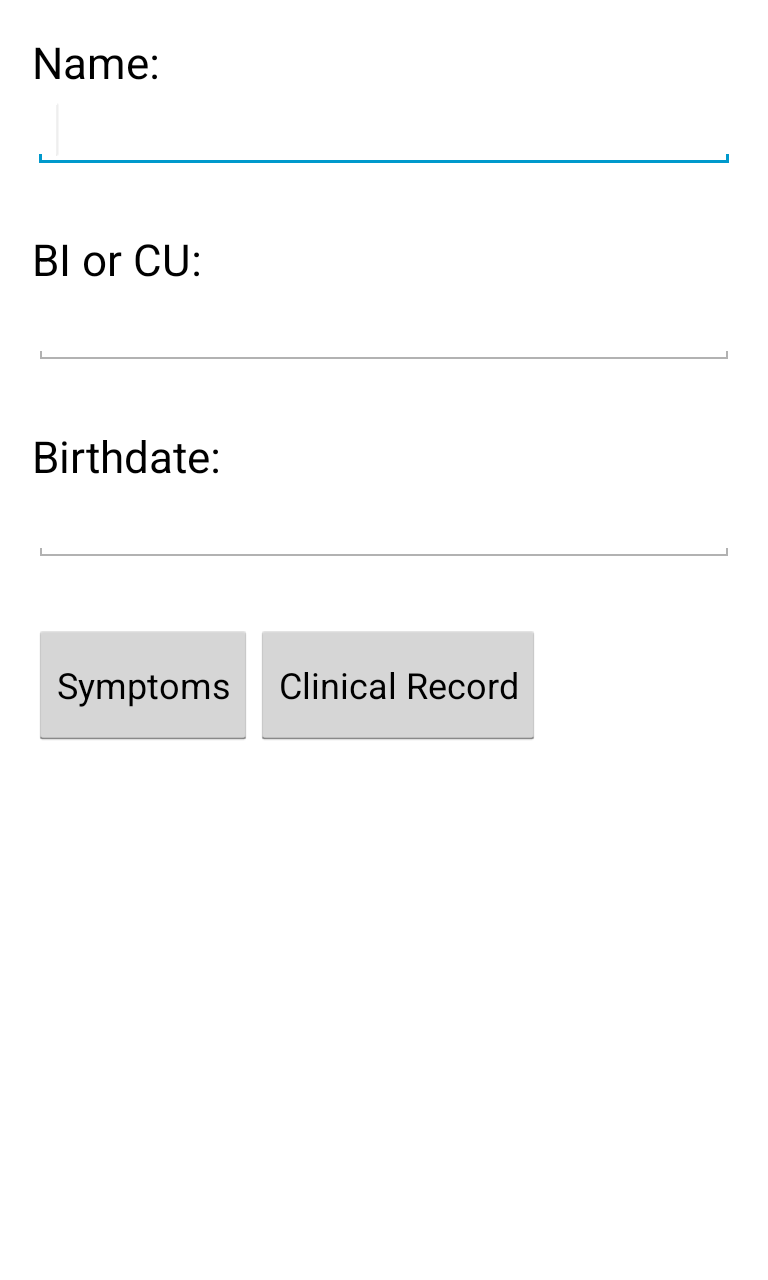
Repository: diogosufil/AcupunturaClienteAndroid
Layout: AcupunturaClienteAndroid/res/layout/activity_appointment.xml
The author's editor kept a copy of each file at every save. The layout is drawn from the files as they stood at one save, then again after the next save.
It is drawn on a 768 x 1280 px phone screen (xhdpi) without system bars, with theme AppTheme; the app's code is not run.

Above is the layout before, as saved 2015-01-07 15:24:46.

### AcupunturaClienteAndroid/res/layout/activity_appointment.xml
<LinearLayout xmlns:android="http://schemas.android.com/apk/res/android"
    xmlns:tools="http://schemas.android.com/tools"
    android:id="@+id/LinearLayout1"
    android:layout_width="match_parent"
    android:layout_height="match_parent"
    android:orientation="vertical"
    android:paddingBottom="@dimen/activity_vertical_margin"
    android:paddingLeft="@dimen/activity_horizontal_margin"
    android:paddingRight="@dimen/activity_horizontal_margin"
    android:paddingTop="@dimen/activity_vertical_margin"
    tools:context="com.example.acupunturaclienteandroid.Appointment" >

    <TextView
        android:id="@+id/textViewGetExtra"
        android:layout_width="wrap_content"
        android:layout_height="wrap_content"
        android:text="@string/name"
        android:textAppearance="?android:attr/textAppearanceLarge" />

    <EditText
        android:id="@+id/editText1"
        android:layout_width="match_parent"
        android:layout_height="wrap_content"
        android:ems="10" >

        <requestFocus />
    </EditText>

    <TextView
        android:id="@+id/textView2"
        android:layout_width="wrap_content"
        android:layout_height="wrap_content"
        android:text="@string/nothing"
        android:textAppearance="?android:attr/textAppearanceLarge" />

    <TextView
        android:id="@+id/textView1"
        android:layout_width="wrap_content"
        android:layout_height="wrap_content"
        android:text="@string/bi_Cu"
        android:textAppearance="?android:attr/textAppearanceLarge" />

    <EditText
        android:id="@+id/editText2"
        android:layout_width="match_parent"
        android:layout_height="wrap_content"
        android:ems="10" />

    <TextView
        android:id="@+id/textView3"
        android:layout_width="wrap_content"
        android:layout_height="wrap_content"
        android:text="@string/nothing"
        android:textAppearance="?android:attr/textAppearanceLarge" />

    <TextView
        android:id="@+id/textView4"
        android:layout_width="wrap_content"
        android:layout_height="wrap_content"
        android:text="@string/birthdate"
        android:textAppearance="?android:attr/textAppearanceLarge" />

    <EditText
        android:id="@+id/editText3"
        android:layout_width="match_parent"
        android:layout_height="wrap_content"
        android:ems="10" />

    <TextView
        android:id="@+id/textView5"
        android:layout_width="wrap_content"
        android:layout_height="wrap_content"
        android:text="@string/nothing"
        android:textAppearance="?android:attr/textAppearanceLarge" />

    <LinearLayout
        android:layout_width="match_parent"
        android:layout_height="wrap_content"
        android:gravity="center|fill"
        android:orientation="horizontal" >

        <Button
            android:id="@+id/buttonChooseSymptoms"
            android:layout_width="wrap_content"
            android:layout_height="match_parent"
            android:text="@string/symptoms" />

        <Button
            android:id="@+id/button1"
            android:layout_width="wrap_content"
            android:layout_height="62dp"
            android:text="@string/clinicalRecord" />

    </LinearLayout>

</LinearLayout>

### AcupunturaClienteAndroid/res/values/strings.xml
<?xml version="1.0" encoding="utf-8"?>
<resources>

    <string name="app_name">Acupuncture</string>
    <string name="hello_world">Hello world!</string>
    <string name="action_settings">Settings</string>
    <string name="title_activity_menu">Menu</string>
    <string name="title_activity_main">Acupuncture</string>
    <string name="login">Login</string>
    <string name="username">Username</string>
    <string name="password">Password</string>
    <string name="nothing"></string>
    <string name="logout">Logout</string>
    <string name="data_management">Generate Diagnostics</string>
    <string name="human_resources">Human Resources</string>
    <string name="title_activity_data_management">Generate Diagnostics</string>
    <string name="title_activity_human_resources">Human Resources</string>
    <string name="generateDiagnostics">Generate Diagnostics</string>
    <string name="symptoms">Symptoms</string>
    <string name="chooseSymptoms">Choose Symptoms:</string>
    <string name="title_activity_consultation">Consultation</string>
    <string name="title_activity_appointment">New Appointment</string>
    <string name="newAppointment">New Appointment</string>
    <string name="patientBi">Patient Identification (BI or CU):</string>
    <string name="name">Name:</string>
    <string name="bi_Cu">BI or CU:</string>
    <string name="birthdate">Birthdate:</string>
    <string name="clinicalRecord">Clinical Record</string>

</resources>

Loaded but not shown: AcupunturaClienteAndroid/res/values/styles.xml (common file); AcupunturaClienteAndroid/res/values-v11/styles.xml (common file); AcupunturaClienteAndroid/res/values-v14/styles.xml (common file); AcupunturaClienteAndroid/res/values/dimens.xml (common file); AcupunturaClienteAndroid/res/values-w820dp/dimens.xml (common file)

After the next save:
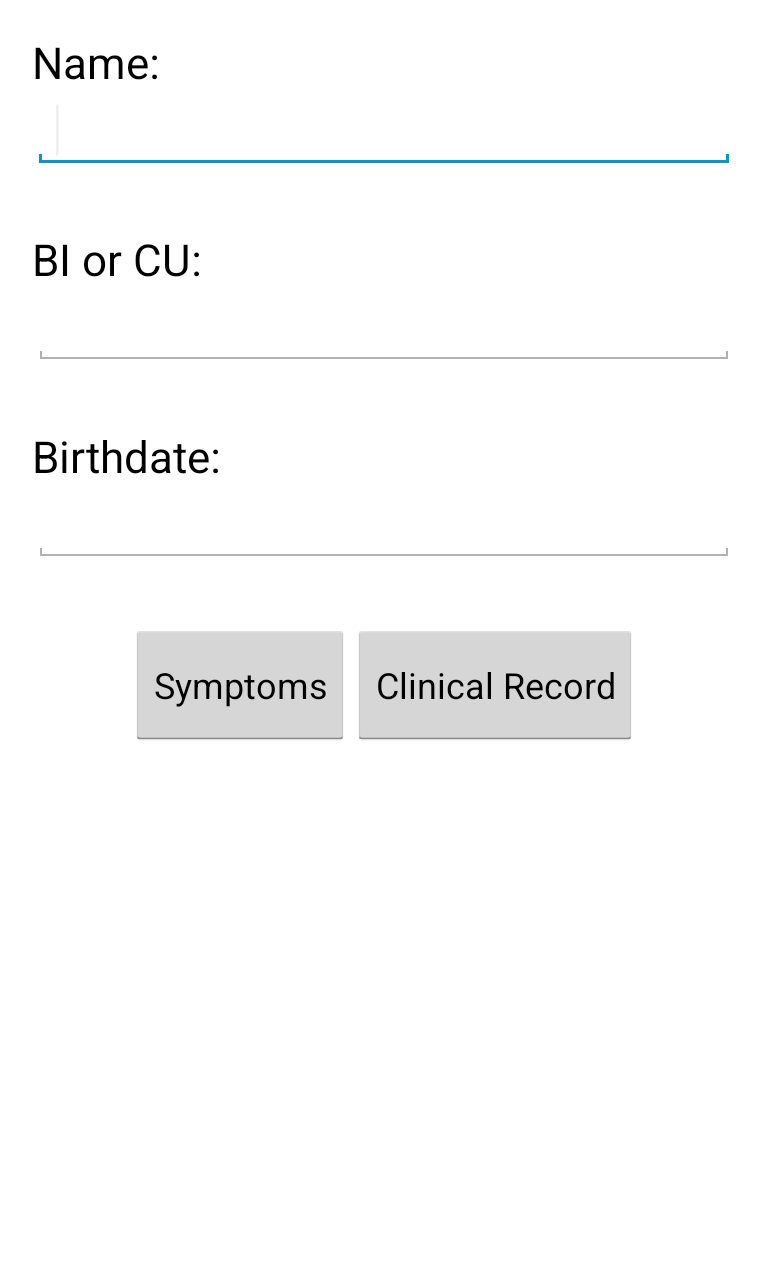
Saved 28 s later.
--- a/AcupunturaClienteAndroid/res/layout/activity_appointment.xml
+++ b/AcupunturaClienteAndroid/res/layout/activity_appointment.xml
@@ -76,7 +76,7 @@
     <LinearLayout
         android:layout_width="match_parent"
         android:layout_height="wrap_content"
-        android:gravity="center|fill"
+        android:gravity="center"
         android:orientation="horizontal" >
 
         <Button
